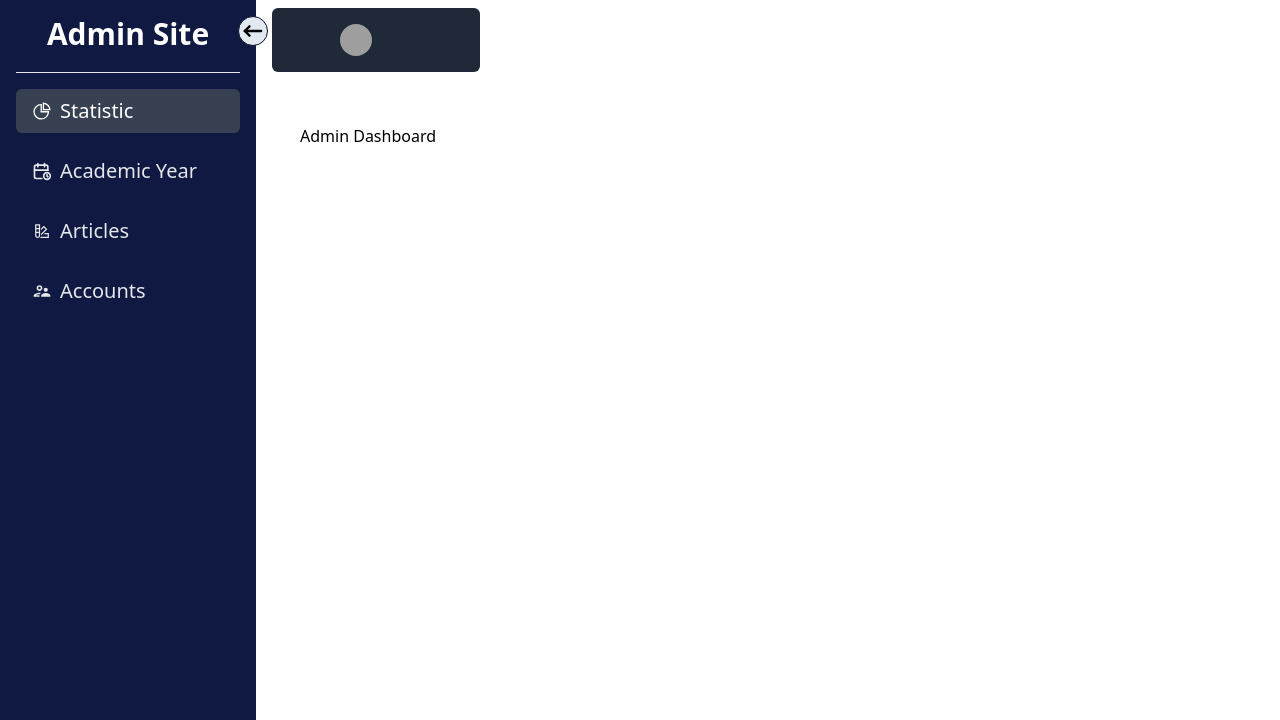
Repository: huynhvanngoan/COMP1640FE-Template
Page: /admin
The author's editor kept a copy of each file at every save. The page is drawn from the files as they stood at one save, then again after the next save.
The browser window is 1280 px wide. The pictures show the whole page.
Pictures or frames that could not be fetched are drawn as grey boxes. The project was rebuilt for these pictures with package versions that can differ from the ones it lists, and the page was loaded fresh each time. Also part of the build but not shown: src/components/buttonStyles.js, src/pages/LoginPage.jsx, src/pages/student/StudentDashboard.jsx, src/pages/department/DepartmentDashboard.jsx, src/pages/marketing/MarketingDashboard.jsx, src/pages/guest/GuestDashboard.jsx.

Above is the page before, as saved 2024-03-24 07:46:57.

### src/index.js
import React from 'react';
import ReactDOM from 'react-dom/client';
import './index.css';
import App from './App';

const root = ReactDOM.createRoot(document.getElementById('root'));
root.render(
  <React.StrictMode>
      <App />
  </React.StrictMode>
)

### src/index.css
@import url('https://fonts.googleapis.com/css2?family=Inter:wght@100;200;300;400;500;600;700;800;900&display=swap');
@tailwind base;
@tailwind components;
@tailwind utilities;

### src/App.js
import React from 'react'
import { BrowserRouter as Router, Routes, Route, Navigate } from "react-router-dom";
import LoginPage from './pages/LoginPage';
import StudentDashboard from './pages/student/StudentDashboard';
import DepartmentDashboard from './pages/department/DepartmentDashboard';
import MarketingDashboard from './pages/marketing/MarketingDashboard';
import GuestDashboard from './pages/guest/GuestDashboard';
import Layout from './pages/admin/layout';
const App = () => {


  return (
    <Router>
        <Routes>
          <Route path="/login" element={<LoginPage/>} />

          <Route path="/admin" element={<Layout />}/>

          <Route path="/student-dashboard" element={<StudentDashboard />}/>

          <Route path="/guest-dashboard" element={<GuestDashboard />}/>

          <Route path="/department-dashboard" element={<DepartmentDashboard />}/>

          <Route path="/marketing-dashboard" element={<MarketingDashboard />}/>

          {/* <Route path='/marketing-homepage' element={<MarketingHomePage  />}/> */}

          <Route path='*' element={<Navigate to="/login" />} />

        </Routes>
    </Router>
  )
}

export default App

### src/pages/admin/layout.js
import React from 'react';
import Sidebar from './Sidebar';
import Header from './Header';
import AdminDashboard from './AdminDashboard';


export default function Layout() {
  return (
      <div className='flex'>
        <Sidebar />
        <div className='flex flex-col'>
          <Header />
          <AdminDashboard />
        </div>
      </div>
  );
}

### src/pages/admin/Sidebar.js
import React, { useState } from 'react';
import { Link } from 'react-router-dom';
import { AiOutlinePieChart } from "react-icons/ai";
import { TbCalendarTime } from "react-icons/tb";
import { LiaSwatchbookSolid } from "react-icons/lia";
import { MdOutlineSupervisorAccount } from "react-icons/md";
import { TbArrowNarrowLeft } from "react-icons/tb";
export const SidebarContent = [
  {
    icon: AiOutlinePieChart,
    heading: "Statistic"
  },
  {
    icon: TbCalendarTime,
    heading: "Academic Year"
  },
  {
    icon: LiaSwatchbookSolid,
    heading: "Articles"
  },
  {
    icon: MdOutlineSupervisorAccount,
    heading: "Accounts"
  }
]

export default function Sidebar() {
  const [selected, setSelected] = useState(0);
  const [colapse, setColapse] = useState(true);

  return (
    <div className={`left-0 top-0 h-screen bg-[#0f1941] p-4 ${colapse ? "w-64" : "w-20"} duration-300`}>
        <div className='flex flex-col'>
           <div className='relative flex h-12 justify-end'>
            {
              colapse ? (<h1 className='text-white text-3xl font-bold mx-auto '>Admin Site</h1>) : ''
            }
            <TbArrowNarrowLeft className={`text-3xl bg-slate-200 rounded-full cursor-pointer absolute -right-7 border border-[#080e24] hover:text-white ${!colapse && 'rotate-180'}`} onClick={() => setColapse(!colapse)} />
           </div>
          <ul className='my-2 border-t pt-4 w-full items-center'>
            {SidebarContent.map((item, index) => {
              return (
                <li className={selected === index  ? "mb-4 group active" : "mb-4" } key={index} onClick={() => setSelected(index)}>
                  <Link to="#" className={`flex w-full rounded-md items-center space-x-2 text-gray-200 hover:bg-[#080e24] hover:text-white group-[.active]:bg-gray-700 group-[.active]:text-white ${colapse ? 'text-xl px-4 py-2 ': 'text-3xl px-2 py-1'}`}>
                    { colapse ? (
                      <>
                        <item.icon />
                        <span>{item.heading}</span>
                      </>
                    ) : ( <item.icon />)
                    }
                  </Link>
                </li>
              )
            })}
          </ul>
        </div>
    </div>
  );
}

### src/pages/admin/Header.js
import { Disclosure, Menu, Transition } from '@headlessui/react';
import React from 'react';
import { Fragment } from 'react';
function classNames(...classes) {
  return classes.filter(Boolean).join(' ')
}

export default function Header() {
  return (
    <Disclosure as="nav" className="bg-gray-800 my-2 rounded-md ml-4 right-0 w-7xl">
      {({ open }) => (
        <>
          <div className="mx-auto max-w-full px-2 sm:px-6 lg:px-8">
            <div className="relative flex h-16 items-center justify-between">
              <div className="absolute inset-y-0 right-0 flex items-center pr-2 sm:static sm:inset-auto sm:ml-6 sm:pr-0">
                <Menu as="div" className="relative ml-3">
                  <div>
                    <Menu.Button className="relative flex rounded-full bg-gray-800 text-sm focus:outline-none focus:ring-2 focus:ring-white focus:ring-offset-2 focus:ring-offset-gray-800">
                      <span className="absolute -inset-1.5" />
                      <span className="sr-only">Open user menu</span>
                      <img
                        className="h-8 w-8 rounded-full"
                        src="https://images.unsplash.com/photo-1472099645785-5658abf4ff4e?ixlib=rb-1.2.1&ixid=eyJhcHBfaWQiOjEyMDd9&auto=format&fit=facearea&facepad=2&w=256&h=256&q=80"
                        alt=""
                      />
                    </Menu.Button>
                  </div>
                  <Transition
                    as={Fragment}
                    enter="transition ease-out duration-100"
                    enterFrom="transform opacity-0 scale-95"
                    enterTo="transform opacity-100 scale-100"
                    leave="transition ease-in duration-75"
                    leaveFrom="transform opacity-100 scale-100"
                    leaveTo="transform opacity-0 scale-95"
                  >
                    <Menu.Items className="absolute right-0 z-10 mt-2 w-48 origin-top-right rounded-md bg-white py-1 shadow-lg ring-1 ring-black ring-opacity-5 focus:outline-none">
                      <Menu.Item>
                        {({ active }) => (
                          <a
                            href="#"
                            className={classNames(active ? 'bg-gray-100' : '', 'block px-4 py-2 text-sm text-gray-700')}
                          >
                            Your Profile
                          </a>
                        )}
                      </Menu.Item>
                      <Menu.Item>
                        {({ active }) => (
                          <a
                            href="#"
                            className={classNames(active ? 'bg-gray-100' : '', 'block px-4 py-2 text-sm text-gray-700')}
                          >
                            Settings
                          </a>
                        )}
                      </Menu.Item>
                      <Menu.Item>
                        {({ active }) => (
                          <a
                            href="#"
                            className={classNames(active ? 'bg-gray-100' : '', 'block px-4 py-2 text-sm text-gray-700')}
                          >
                            Sign out
                          </a>
                        )}
                      </Menu.Item>
                    </Menu.Items>
                  </Transition>
                </Menu>
              </div>
            </div>
          </div>
        </>
      )}
    </Disclosure>
  )
}

### src/pages/admin/AdminDashboard.js
import React from 'react'

const AdminDashboard = () => {
  return (
      <div className='p-7 bg- m-4 w-full max-h-full rounded-sm'>
        Admin Dashboard
      </div>
  )
}

export default AdminDashboard

### tailwind.config.js
/** @type {import('tailwindcss').Config} */
module.exports = {
  content: [
    "./src/**/*.{js,jsx,ts,tsx}",
  ],
  theme: {
    extend: {
      fontFamily: {
        "inter": ["Inter", "sans-serif"]
      }
    },
  },
  plugins: [],
}

Loaded but not shown: public/index.html (common file)

After the next save:
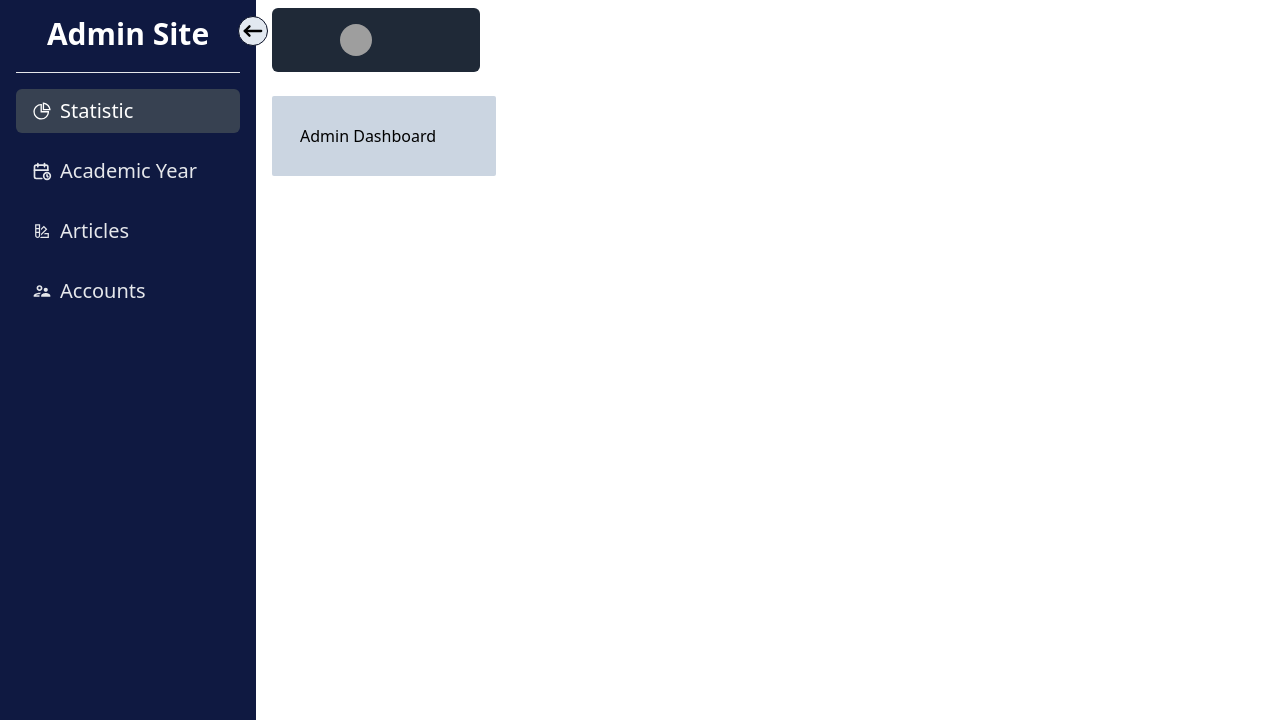
Saved 4 s later.
--- a/src/pages/admin/AdminDashboard.js
+++ b/src/pages/admin/AdminDashboard.js
@@ -2,7 +2,7 @@ import React from 'react'
 
 const AdminDashboard = () => {
   return (
-      <div className='p-7 bg- m-4 w-full max-h-full rounded-sm'>
+      <div className='p-7 bg-slate-300 m-4 w-full max-h-full rounded-sm'>
         Admin Dashboard
       </div>
   )
